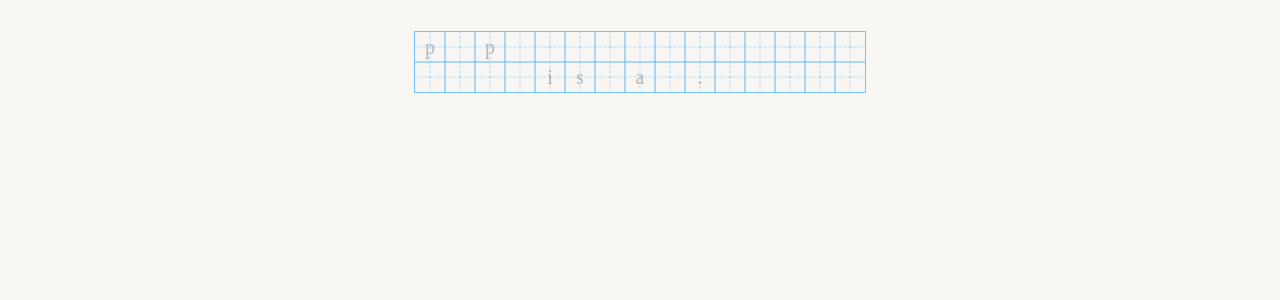
Repository: pyrcl090/p-p
Page: index.html
These files come from the project's save history. The page is drawn as it stood at one moment and after a run of saves; the edit follows.
The browser window is 1280 px wide. The pictures show the whole page.
The page's requests for data from a server got no answer. Some web fonts or font styles are not loaded; a fallback is used.

Above is the page before, as saved 2025-04-19 23:08:24.

### index.html
<!DOCTYPE html>
<html lang="en">
<head>
    <meta charset="UTF-8">
    <meta name="viewport" content="width=device-width, initial-scale=1.0">
    <title>P</title>
    <link rel="stylesheet" href="style.css">
</head>
<body>

    <div class="grid-wrapper">
        <div class="grid-border" id="grid-border">
          <!-- JavaScript will populate .grid-item elements here -->
        </div>
      </div>

        <!-- <div class="grid-wrapper">
          <div class="grid-container"></div>
          <div class="overlay-grid"></div>
        </div> -->

        <script src="script.js" async defer></script>
</body>
</html>

### style.css
@font-face {
  font-family: 'HMP';
  src: url("./assets/hiragino-maru-gothic-pron-w4.otf") format("truetype");
}

a {
  color: rgb(167, 151, 0);
  opacity: .5;
}

html, body {
  background-color: rgb(247, 246, 242);
  margin: 0;
  padding: 0;
  font-family: 'HMP';
}

body {

}

.grid-wrapper {
  padding: 2em;
  display: flex;
  justify-content: flex-start;
  align-items: center;
  flex-direction: column;
  width: 100%;
  min-height: 100vh;
  box-sizing: border-box;
}

.grid-border {
  display: flex;
  flex-direction: column;
  align-items: center;
  gap: 2em;
}

/* Inner container holding grid + overlay */
.grid-wrapper-inner {
  position: relative;
  display: inline-block;
  line-height: 0;
}

/* Grid background */
.grid-columns-rows {
  display: grid;
  grid-template-columns: repeat(15, 30px);
  grid-auto-rows: 30px;
  gap: 0;
  outline: 1px solid rgb(88, 181, 253);
  pointer-events: none;
  z-index: 1;
}

/* Each subcell (quad layout) */
.grid-columns-rows .grid-item {
  display: grid;
  grid-template-columns: repeat(2, 1fr);
  grid-template-rows: repeat(2, 1fr);
  width: 30px;
  height: 30px;
  outline: 0.5px solid rgb(88, 181, 253);
  opacity: 0.6;
}

.sub-cell {
  outline: 0.15px dashed rgb(88, 181, 253);
  opacity: 0.4;
  width: 100%;
  height: 100%;
}

/* Overlaid text */
.grid-content {
  display: grid;
  grid-template-columns: repeat(15, 30px);
  grid-auto-rows: 30px;
  gap: 0;
  position: absolute;
  top: 0;
  left: 0;
  z-index: 2;
}

.overlay-item {
  width: 30px;
  height: 30px;
  font-size: 20px;
  text-align: center;
  display: flex;
  justify-content: center;
  align-items: center;
  font-family: 'HMP';
  color: rgba(113, 113, 113, 0.6);
  line-height: 1;
  white-space: nowrap;
  pointer-events: auto;
}

.grid-image {
  width: 100%;  /* Ensure it fills the available width of the wrapper */
  display: block;  /* Block display to avoid inline issues */
  object-fit: contain;  /* Maintain aspect ratio and fit within the container */
  max-height: calc(30px * 10);  /* Ensure the image doesn't exceed the height of 5 rows */
  margin: 0; /* Remove any default margin */
  opacity: .8;
}

.grid-image-wrapper {
  display: flex;  /* Flexbox enables easy alignment of the image */
  justify-content: center;  /* Default alignment to center, you can change it via JS */
  align-items: center;  /* Vertically center the image */
  width: 100%;  /* Make sure it spans the full width of the grid column */
  height: calc(30px * 5);  /* Ensure it takes up exactly 5 rows in height */
}

.grid-item {
  display: flex;
  flex-direction: column;
  width: fit-content;
  opacity: .8;
}

.grid-item.channel-name {
  cursor: pointer;
}

.grid-item.channel-content {
  display: none;
}
/* .content-separator {
  grid-column: span 15;
  height: 30px;
} */

### script.js

const channels = [
  'p-pp-vz1bkeezvp0',
  'read-re_d-rode',
  'putaiinnnnn'
];

const gridBorder = document.getElementById('grid-border');
const cols = 15;
const cellSize = 30;
let currentlyOpenId = null;
const loadedChannels = new Set();

// Optional menu content
const menuItems = [
  {
    content: "p p                is a ."
  }
];

function createGridStructure(numItems) {
  const grid = document.createElement('div');
  grid.className = 'grid-columns-rows';
  const rows = Math.ceil(numItems / cols);
  const totalCells = rows * cols;

  for (let i = 0; i < totalCells; i++) {
    const cell = document.createElement('div');
    cell.className = 'grid-item';

    for (let j = 0; j < 4; j++) {
      const sub = document.createElement('div');
      sub.className = 'sub-cell';
      cell.appendChild(sub);
    }

    grid.appendChild(cell);
  }

  return grid;
}

function createOverlayItem(char, isLink = false, href = '') {
  const div = document.createElement('div');
  div.className = 'overlay-item';

  if (isLink) {
    const a = document.createElement('a');
    a.href = href;
    a.target = '_blank';
    a.textContent = char;
    a.style.textDecoration = 'none';
    a.style.color = 'inherit';
    div.appendChild(a);
  } else {
    div.textContent = char;
  }

  return div;
}

function addTextBlock(text, container) {
  for (const char of text) {
    const div = createOverlayItem(char);
    container.appendChild(div);
  }

  const remainder = text.length % cols;
  if (remainder !== 0) {
    for (let i = 0; i < cols - remainder; i++) {
      container.appendChild(document.createElement('div'));
    }
  }
}

function createMenuItem(menuData) {
  const textContent = menuData.content;

  const contentItem = document.createElement('div');
  contentItem.className = 'grid-item channel-content';
  contentItem.style.display = 'block'; // Always visible

  const contentGrid = createGridStructure(textContent.length);
  const contentOverlay = document.createElement('div');
  contentOverlay.className = 'grid-content';

  addTextBlock(textContent, contentOverlay);

  const contentWrapper = document.createElement('div');
  contentWrapper.className = 'grid-wrapper-inner';
  contentWrapper.appendChild(contentGrid);
  contentWrapper.appendChild(contentOverlay);

  contentItem.appendChild(contentWrapper);
  gridBorder.appendChild(contentItem);
}

function fillChannelContent(contentEl, slug) {
  console.log('Fetching content for channel:', slug);
  fetch(`https://api.are.na/v2/channels/${slug}?per=100`)
    .then(res => res.json())
    .then(data => {
      let totalCells = 0;

      if (data.metadata?.description) {
        addTextBlock(data.metadata.description, contentEl);
        totalCells += data.metadata.description.length;
        totalCells += (cols - (data.metadata.description.length % cols)) % cols;
      }

      data.contents.forEach(block => {
        if (block.image?.display?.url) {
          const img = document.createElement('img');
          img.src = block.image.display.url;
          img.className = 'grid-image';
          const colSpan = 15;
          const rowSpan = 10;
          img.style.gridColumn = `span ${colSpan}`;
          img.style.gridRow = `span ${rowSpan}`;
          img.style.justifySelf = Math.random() > 0.5 ? 'flex-start' : 'flex-end';
          contentEl.appendChild(img);
          totalCells += colSpan * rowSpan;
        }

        if (block.file?.url) {
          const fileLink = document.createElement('a');
          fileLink.href = block.file.url;
          fileLink.target = '_blank';
          fileLink.textContent = `View file: ${block.file.name || 'Document'}`;
          contentEl.appendChild(fileLink);
          contentEl.appendChild(document.createElement('br'));
          totalCells += 2;
        }

        const text = block.content || block.title || block.body || '';
        if (text) {
          addTextBlock(text, contentEl);
          totalCells += text.length;
          totalCells += (cols - (text.length % cols)) % cols;
        }
      });

      const rowsNeeded = Math.ceil(totalCells / cols);
      const totalCellsNeeded = rowsNeeded * cols;

      const wrapper = contentEl.closest('.grid-wrapper-inner');
      const oldGrid = wrapper.querySelector('.grid-columns-rows');
      if (oldGrid) oldGrid.remove();

      const newGrid = createGridStructure(totalCellsNeeded);
      wrapper.insertBefore(newGrid, contentEl);

      loadedChannels.add(slug);
      console.log(`Content added for channel: ${slug}`);
    })
    .catch(error => console.error(`Error fetching data for channel ${slug}:`, error));
}

function toggleContent(id, slug) {
  const contentWrapper = document.getElementById(id);
  const contentItem = contentWrapper.closest('.channel-content');

  if (currentlyOpenId && currentlyOpenId !== id) {
    const prevWrapper = document.getElementById(currentlyOpenId);
    const prevItem = prevWrapper?.closest('.channel-content');
    if (prevItem) prevItem.style.display = 'none';
  }

  const isOpen = contentItem.style.display === 'block';

  if (isOpen) {
    contentItem.style.display = 'none';
    currentlyOpenId = null;
  } else {
    contentItem.style.display = 'block';
    currentlyOpenId = id;

    if (!loadedChannels.has(slug)) {
      fillChannelContent(contentWrapper, slug);
    }
  }
}

function createChannelItem(channelData, index) {
  const slug = channelData.slug;
  const title = channelData.title || `Channel ${index + 1}`;
  const contentId = `channel-content-${index}`;

  const nameItem = document.createElement('div');
  nameItem.className = 'grid-item channel-name';

  const grid = createGridStructure(title.length);
  const content = document.createElement('div');
  content.className = 'grid-content';

  for (const char of title) {
    const item = createOverlayItem(char);
    item.style.cursor = 'pointer';
    item.addEventListener('click', () => toggleContent(contentId, slug));
    content.appendChild(item);
  }

  const wrapper = document.createElement('div');
  wrapper.className = 'grid-wrapper-inner';
  wrapper.appendChild(grid);
  wrapper.appendChild(content);
  nameItem.appendChild(wrapper);
  gridBorder.appendChild(nameItem);

  const contentItem = document.createElement('div');
  contentItem.className = 'grid-item channel-content';
  contentItem.style.display = 'none';

  const contentGrid = createGridStructure(200);
  const contentOverlay = document.createElement('div');
  contentOverlay.className = 'grid-content';
  contentOverlay.id = contentId;

  const contentWrapper = document.createElement('div');
  contentWrapper.className = 'grid-wrapper-inner';
  contentWrapper.appendChild(contentGrid);
  contentWrapper.appendChild(contentOverlay);

  contentItem.appendChild(contentWrapper);
  gridBorder.appendChild(contentItem);
}

// Render menu items first
menuItems.forEach((item) => createMenuItem(item));

// Then fetch and render channels
channels.forEach((slug, index) => {
  fetch(`https://api.are.na/v2/channels/${slug}?per=1`)
    .then(res => res.json())
    .then(data => {
      data.slug = slug;
      createChannelItem(data, index);
    });
});

After the next 2 saves:
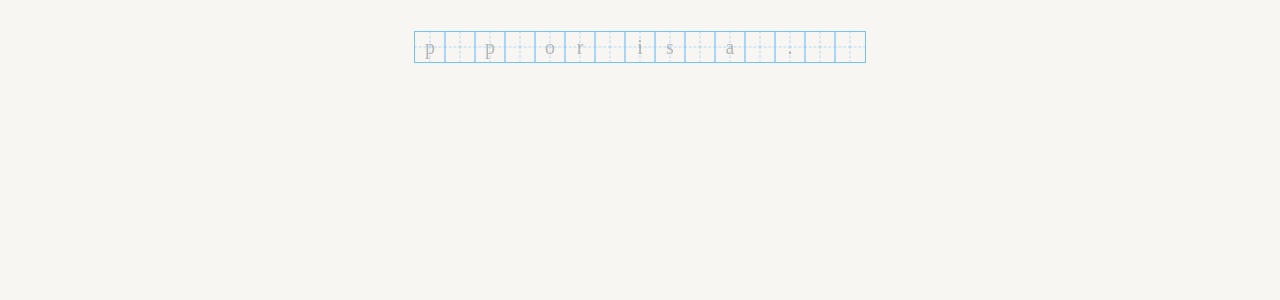
The 2 saves are shown as one change because they came seconds apart.
The last was saved 14 s later.
--- a/script.js
+++ b/script.js
@@ -14,7 +14,7 @@ const loadedChannels = new Set();
 // Optional menu content
 const menuItems = [
   {
-    content: "p p                is a ."
+    content: "p p or is a ."
   }
 ];
 
